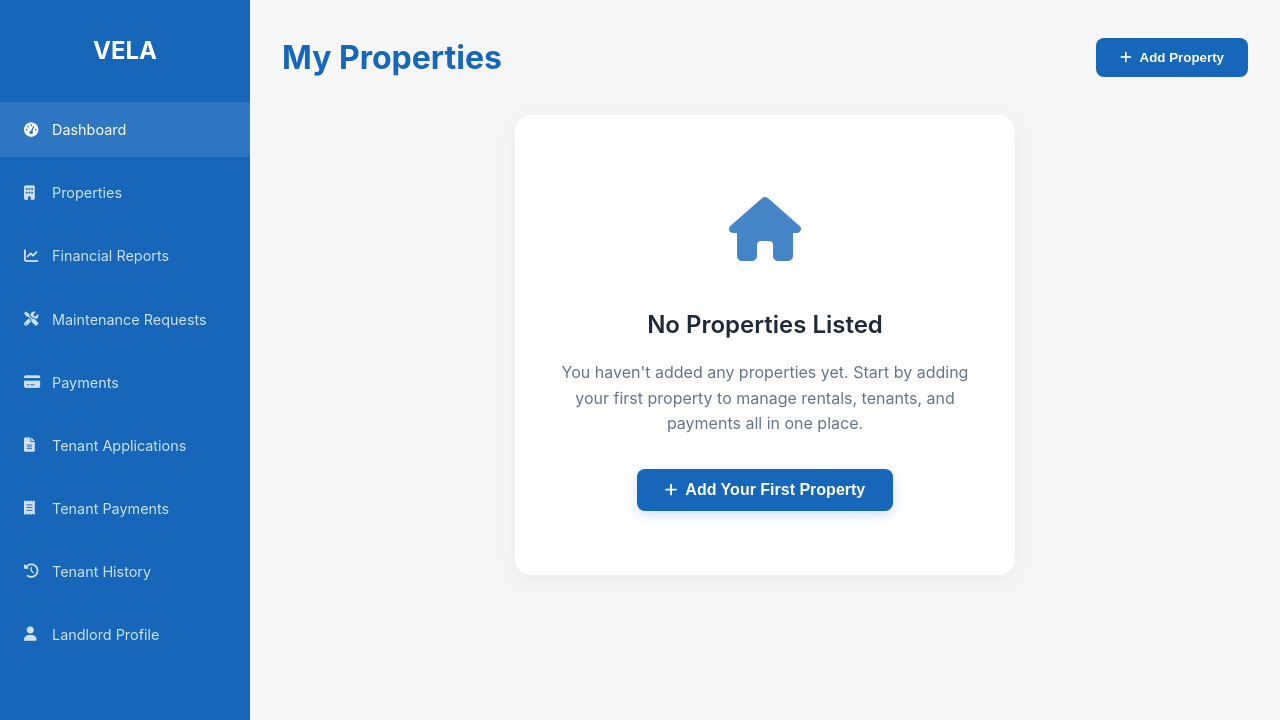
Repository: rizzerk/vela
Page: http://localhost/vela/LANDLORD/properties.php
The author's editor kept a copy of each file at every save. The page is drawn from the files as they stood at one save, then again after the next save.
The browser window is 1280 px wide. The pictures show the whole page.
The page is run by PHP 8.4 with error messages shown; the project is at /var/www/html/. Queries for data that is not in the repository find no rows.

Above is the page before, as saved 2025-06-28 18:43:01.

### LANDLORD/properties.php
<?php
session_start();
include '../connection.php';

// Check if user is logged in

// Fetch all properties with their first photo
$query = "SELECT p.*,
                 (SELECT file_path FROM PROPERTY_PHOTO
                  WHERE property_id = p.property_id
                  ORDER BY uploaded_at ASC LIMIT 1) AS first_photo
          FROM PROPERTY p";
$result = mysqli_query($conn, $query);
$properties = mysqli_fetch_all($result, MYSQLI_ASSOC);
?>

<!DOCTYPE html>
<html lang="en">
<head>
    <meta charset="UTF-8">
    <meta name="viewport" content="width=device-width, initial-scale=1.0">
    <title>My Properties - VELA</title>
    <link rel="stylesheet" href="https://cdnjs.cloudflare.com/ajax/libs/font-awesome/6.0.0/css/all.min.css">
    <style>
        /* Image handling styles */
        .property-image {
            height: 200px;
            background-size: cover;
            background-position: center;
            position: relative;
            background-color: #f0f7ff;
        }

        .no-image {
            display: flex;
            align-items: center;
            justify-content: center;
            background-color: #e3f2fd;
            color: #1666ba;
            font-size: 3rem;
        }

        /* Base styles */
        * {
            margin: 0;
            padding: 0;
            box-sizing: border-box;
        }

        body {
            font-family: 'Inter', -apple-system, BlinkMacSystemFont, 'Segoe UI', Roboto, sans-serif;
            background-color: #f6f6f6;
            color: #1e293b;
            line-height: 1.6;
            min-height: 100vh;
        }

        .main-content {
            margin-left: 250px;
            padding: 2rem;
        }

        .header {
            display: flex;
            justify-content: space-between;
            align-items: center;
            margin-bottom: 2rem;
        }

        .header h1 {
            font-size: 2rem;
            color: #1666ba;
            font-weight: 700;
        }

        .add-property-btn {
            background-color: #1666ba;
            color: white;
            border: none;
            padding: 0.75rem 1.5rem;
            border-radius: 8px;
            font-weight: 600;
            cursor: pointer;
            display: flex;
            align-items: center;
            gap: 0.5rem;
            transition: background-color 0.3s ease;
        }

        .add-property-btn:hover {
            background-color: #12559e;
        }

        .properties-grid {
            display: grid;
            grid-template-columns: repeat(auto-fill, minmax(300px, 1fr));
            gap: 2rem;
        }

        .property-card {
            background: white;
            border-radius: 12px;
            overflow: hidden;
            box-shadow: 0 4px 12px rgba(0, 0, 0, 0.1);
            transition: transform 0.3s ease, box-shadow 0.3s ease;
        }

        .property-card:hover {
            transform: translateY(-5px);
            box-shadow: 0 8px 24px rgba(0, 0, 0, 0.15);
        }

        .property-status {
            position: absolute;
            top: 1rem;
            right: 1rem;
            padding: 0.25rem 0.75rem;
            border-radius: 20px;
            font-size: 0.8rem;
            font-weight: 600;
        }

        .status-available {
            background-color: #4ade80;
            color: white;
        }

        .status-unavailable {
            background-color: #f87171;
            color: white;
        }

        .status-maintenance {
            background-color: #fbbf24;
            color: white;
        }

        .property-details {
            padding: 1.5rem;
        }

        .property-title {
            font-size: 1.25rem;
            font-weight: 700;
            margin-bottom: 0.5rem;
            color: #1666ba;
        }

        .property-address {
            color: #64748b;
            margin-bottom: 1rem;
            font-size: 0.9rem;
        }

        .property-price {
            font-size: 1.1rem;
            font-weight: 700;
            color: #1666ba;
            margin-bottom: 1.5rem;
        }

        .property-actions {
            display: flex;
            gap: 0.75rem;
        }

        .action-btn {
            flex: 1;
            padding: 0.5rem;
            border-radius: 6px;
            border: none;
            font-weight: 600;
            cursor: pointer;
            display: flex;
            align-items: center;
            justify-content: center;
            gap: 0.5rem;
            transition: background-color 0.3s ease;
        }

        .edit-btn {
            background-color: #e0f2fe;
            color: #0369a1;
        }

        .edit-btn:hover {
            background-color: #bae6fd;
        }

        .delete-btn {
            background-color: #fee2e2;
            color: #b91c1c;
        }

        .delete-btn:hover {
            background-color: #fecaca;
        }

        .empty-state {
    text-align: center;
    padding: 4rem 2rem;
    background: white;
    border-radius: 16px;
    box-shadow: 0 4px 20px rgba(0, 0, 0, 0.05);
    max-width: 500px;
    margin: 2rem auto;
    transition: all 0.3s ease;
    display: flex;
    flex-direction: column;
    align-items: center; /* This centers all child elements horizontally */
}

.empty-state .add-property-btn {
    padding: 0.75rem 1.75rem;
    font-size: 1rem;
    border-radius: 8px;
    box-shadow: 0 4px 12px rgba(22, 102, 186, 0.2);
    width: auto; /* Remove any fixed width */
    display: inline-flex; /* Makes the button only as wide as its content */
    justify-content: center; /* Centers the button content */
}
.empty-state:hover {
    box-shadow: 0 8px 30px rgba(0, 0, 0, 0.1);
    transform: translateY(-2px);
}

.empty-state-icon {
    font-size: 4rem;
    color: #1666ba;
    margin-bottom: 1.5rem;
    opacity: 0.8;
}

.empty-state h3 {
    font-size: 1.5rem;
    margin-bottom: 1rem;
    color: #1e293b;
    font-weight: 600;
}

.empty-state p {
    color: #64748b;
    margin-bottom: 2rem;
    line-height: 1.6;
    font-size: 1rem;
}

.empty-state .add-property-btn {
    padding: 0.75rem 1.75rem;
    font-size: 1rem;
    border-radius: 8px;
    box-shadow: 0 4px 12px rgba(22, 102, 186, 0.2);
}

.empty-state .add-property-btn i {
    font-size: 0.9rem;
}

        @media (max-width: 1024px) {
            .properties-grid {
                grid-template-columns: repeat(auto-fill, minmax(250px, 1fr));
            }
        }

        @media (max-width: 768px) {
            .main-content {
                margin-left: 0;
                padding: 1rem;
            }

            .header {
                flex-direction: column;
                align-items: flex-start;
                gap: 1rem;
            }

            .add-property-btn {
                width: 100%;
            }
        }
    </style>
</head>
<body>
    <?php include ('../includes/navbar/landlord-sidebar.html'); ?>

    <div class="main-content">
        <div class="header">
            <h1>My Properties</h1>
            <button class="add-property-btn" onclick="window.location.href='add-property.php'">
                <i class="fas fa-plus"></i> Add Property
            </button>
        </div>

        <?php if (empty($properties)): ?>
              <div class="empty-state">
              <div class="empty-state-icon">
                  <i class="fas fa-home"></i>
              </div>
              <h3>No Properties Listed</h3>
              <p>You haven't added any properties yet. Start by adding your first property to manage rentals, tenants, and payments all in one place.</p>
              <button class="add-property-btn" onclick="window.location.href='add-property.php'">
                  <i class="fas fa-plus"></i> Add Your First Property
              </button>
          </div>
        <?php else: ?>
            <div class="properties-grid">
                <?php foreach ($properties as $property): ?>
                    <div class="property-card">
                        <div class="property-image <?php echo empty($property['first_photo']) ? 'no-image' : ''; ?>"
                             style="<?php if (!empty($property['first_photo'])) echo "background-image: url('../" . htmlspecialchars($property['first_photo']) . "')"; ?>">
                            <?php if (empty($property['first_photo'])): ?>
                                <i class="fas fa-home"></i>
                            <?php endif; ?>
                            <span class="property-status status-<?php echo strtolower($property['status']); ?>">
                                <?php echo ucfirst($property['status']); ?>
                            </span>
                        </div>
                        <div class="property-details">
                            <h3 class="property-title"><?php echo htmlspecialchars($property['title']); ?></h3>
                            <p class="property-address"><?php echo htmlspecialchars($property['address']); ?></p>
                            <p class="property-price">₱<?php echo number_format($property['monthly_rent'], 2); ?>/month</p>
                            <div class="property-actions">
                                <button class="action-btn edit-btn">
                                    <i class="fas fa-edit"></i> Edit
                                </button>
                                <button class="action-btn delete-btn" data-id="<?php echo $property['property_id']; ?>">
                                    <i class="fas fa-trash"></i> Delete
                                </button>
                            </div>
                        </div>
                    </div>
                <?php endforeach; ?>
            </div>
        <?php endif; ?>
    </div>

    <script>
        // Delete property functionality
        document.querySelectorAll('.delete-btn').forEach(button => {
            button.addEventListener('click', function() {
                const propertyId = this.getAttribute('data-id');
                if (confirm('Are you sure you want to delete this property?')) {
                    fetch(`delete-property.php?id=${propertyId}`, {
                        method: 'DELETE'
                    })
                    .then(response => response.json())
                    .then(data => {
                        if (data.success) {
                            this.closest('.property-card').remove();
                            // Check if no properties left to show empty state
                            if (document.querySelectorAll('.property-card').length === 0) {
                                window.location.reload();
                            }
                        } else {
                            alert('Error deleting property: ' + data.message);
                        }
                    })
                    .catch(error => {
                        console.error('Error:', error);
                        alert('An error occurred while deleting the property');
                    });
                }
            });
        });
    </script>
</body>
</html>

### connection.php
<?php
$host = 'localhost';
$dbname = 'vela';
$username = 'root';
$password = '';

// Create connection
$conn = new mysqli($host, $username, $password, $dbname);

// Check connection
if ($conn->connect_error) {
    error_log("Connection failed: " . $conn->connect_error);
    die("Connection error. Please try again later.");
}

mysqli_report(MYSQLI_REPORT_ERROR | MYSQLI_REPORT_STRICT);

// Set charset
$conn->set_charset("utf8mb4");



?>

### includes/navbar/landlord-sidebar.html
<div class="sidebar">
    <div class="sidebar-header">
        <h2>VELA</h2>
    </div>
    <ul class="nav-menu">
        <li class="nav-item">
            <a href="#" class="nav-link active">
                <i class="fas fa-tachometer-alt"></i>
                Dashboard
            </a>
        </li>
        <li class="nav-item">
            <a href="#" class="nav-link">
                <i class="fas fa-building"></i>
                Properties
            </a>
        </li>
        <li class="nav-item">
            <a href="#" class="nav-link">
                <i class="fas fa-chart-line"></i>
                Financial Reports
            </a>
        </li>
        <li class="nav-item">
            <a href="#" class="nav-link">
                <i class="fas fa-tools"></i>
                Maintenance Requests
            </a>
        </li>
        <li class="nav-item">
            <a href="#" class="nav-link">
                <i class="fas fa-credit-card"></i>
                Payments
            </a>
        </li>
        <li class="nav-item">
            <a href="#" class="nav-link">
                <i class="fas fa-file-alt"></i>
                Tenant Applications
            </a>
        </li>
        <li class="nav-item">
            <a href="#" class="nav-link">
                <i class="fas fa-receipt"></i>
                Tenant Payments
            </a>
        </li>
        <li class="nav-item">
            <a href="#" class="nav-link">
                <i class="fas fa-history"></i>
                Tenant History
            </a>
        </li>
        <li class="nav-item">
            <a href="#" class="nav-link">
                <i class="fas fa-user"></i>
                Landlord Profile
            </a>
        </li>
    </ul>
</div>

<style>
.sidebar {
    position: fixed;
    left: 0;
    top: 0;
    width: 250px;
    height: 100vh;
    background: #1666ba;
    padding: 2rem 0;
    z-index: 1000;
}

.sidebar-header {
    text-align: center;
    margin-bottom: 2rem;
    padding: 0 1rem;
}

.sidebar-header h2 {
    color: white;
    font-size: 1.5rem;
    font-weight: 700;
}

.nav-menu {
    list-style: none;
}

.nav-item {
    margin-bottom: 0.5rem;
}

.nav-link {
    display: flex;
    align-items: center;
    padding: 1rem 1.5rem;
    color: rgba(255, 255, 255, 0.8);
    text-decoration: none;
    transition: all 0.3s ease;
    font-size: 0.9rem;
}

.nav-link:hover,
.nav-link.active {
    background: rgba(255, 255, 255, 0.1);
    color: white;
}

.nav-link i {
    margin-right: 0.75rem;
    width: 16px;
}

.main-content {
    margin-left: 250px;
}

@media (max-width: 1024px) {
    .sidebar {
        width: 200px;
    }

    .main-content {
        margin-left: 200px;
    }
}

@media (max-width: 768px) {
    .sidebar {
        transform: translateX(-100%);
        transition: transform 0.3s ease;
    }

    .main-content {
        margin-left: 0;
    }
}
</style>

After the next save:
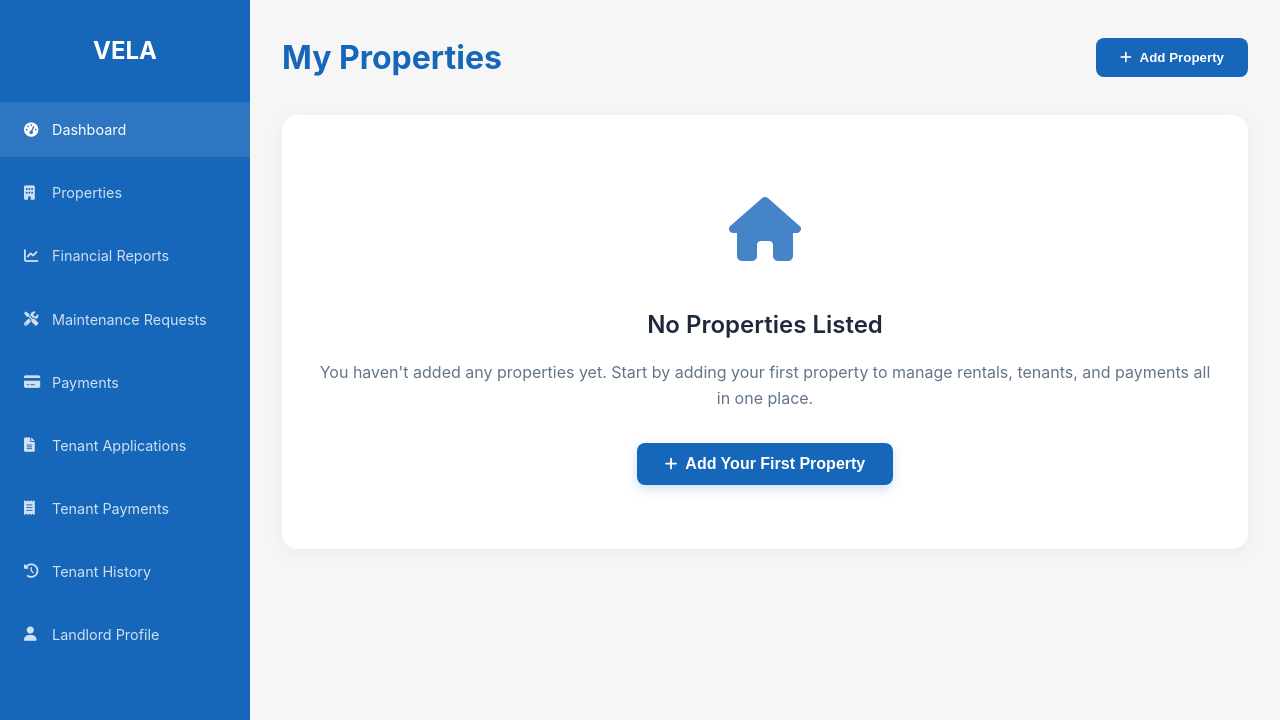
Saved 7 min 23 s later.
--- a/LANDLORD/properties.php
+++ b/LANDLORD/properties.php
@@ -202,8 +202,8 @@ $properties = mysqli_fetch_all($result, MYSQLI_ASSOC);
     background: white;
     border-radius: 16px;
     box-shadow: 0 4px 20px rgba(0, 0, 0, 0.05);
-    max-width: 500px;
-    margin: 2rem auto;
+    width: 100%;
+    margin: 2rem 0;
     transition: all 0.3s ease;
     display: flex;
     flex-direction: column;
